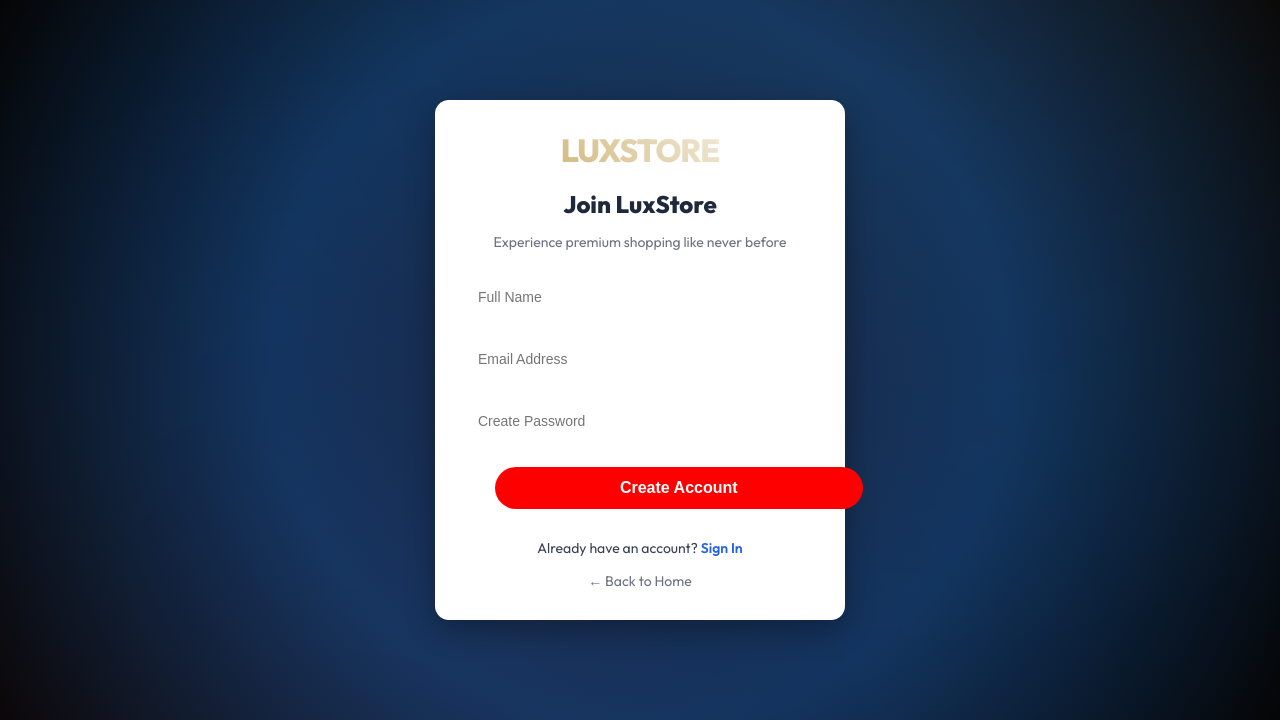
Repository: pradeepkumarh-17/Ecommerce
Page: http://localhost/EcomStore/views/auth/register.jsp
These files come from the project's save history. The page is drawn as it stood at one moment and after the next save; the edit follows.
The browser window is 1280 px wide. The pictures show the whole page.
Some web libraries are served in a nearby version. The page is served by Tomcat 10.

Above is the page before, as saved 2026-05-04 17:40:27.

After the next save:
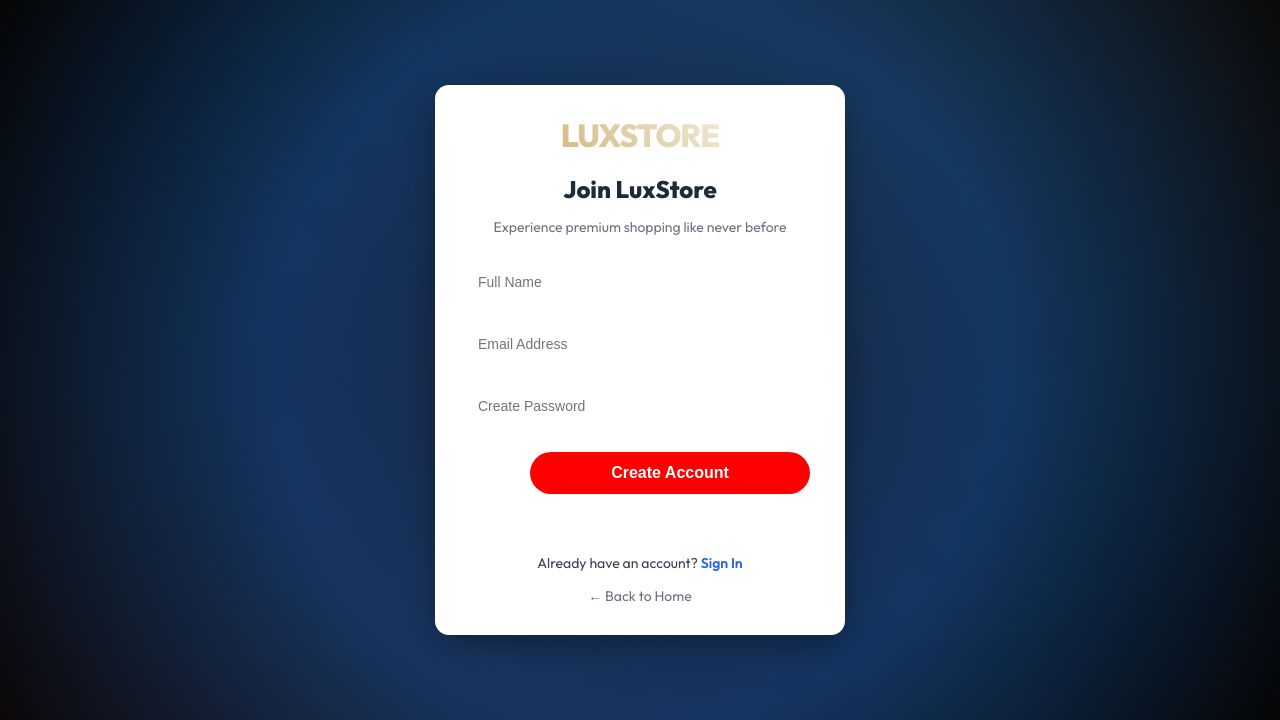
Saved 22 s later.
--- a/EcomStore/src/main/webapp/assets/css/auth.css
+++ b/EcomStore/src/main/webapp/assets/css/auth.css
@@ -231,6 +231,6 @@ button,
 }
 
 .auth-box button {
-    width: 105%;
-    margin: 30px auto;
-}
+    width: 80%;
+    margin: 60px auto;
+}
